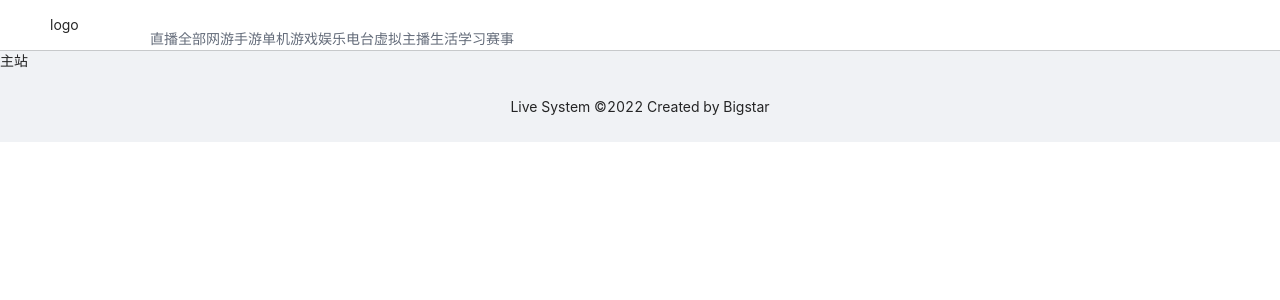
Repository: Bigstar-hyx/webrtc-react
Page: /
The author's editor kept a copy of each file at every save. The page is drawn from the files as they stood at one save, then again after the next save.
The browser window is 1280 px wide. The pictures show the whole page.
The project was rebuilt for these pictures with package versions that can differ from the ones it lists, and the page was loaded fresh each time. Also part of the build but not shown: craco.config.js, webpack.config.js, src/pages/live/Index.css, src/pages/live/component/Content/Video/video.css, src/pages/live/component/Content/Video/Video.js, src/pages/live/component/Content/Comments/comments.css, src/pages/live/component/Content/Comments/TalkSend.js, src/pages/live/component/Content/Comments/Talk.js and 5 more.

Above is the page before, as saved 2022-01-30 15:55:45.

After the next save:
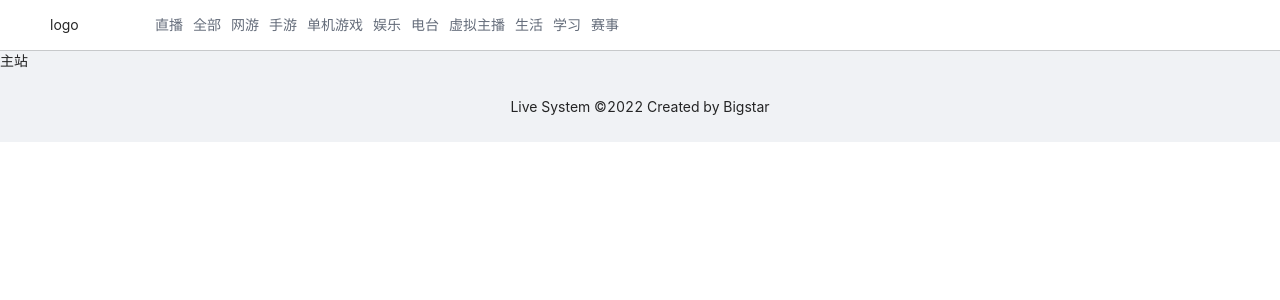
Saved 116 s later.
--- a/src/top/component/top-menu.css
+++ b/src/top/component/top-menu.css
@@ -1,6 +1,8 @@
+ul {
+  margin: auto;
+}
 ul li a {
   float: left;
-  margin: 0 auto;
   color: #646c7a;
 }
 
